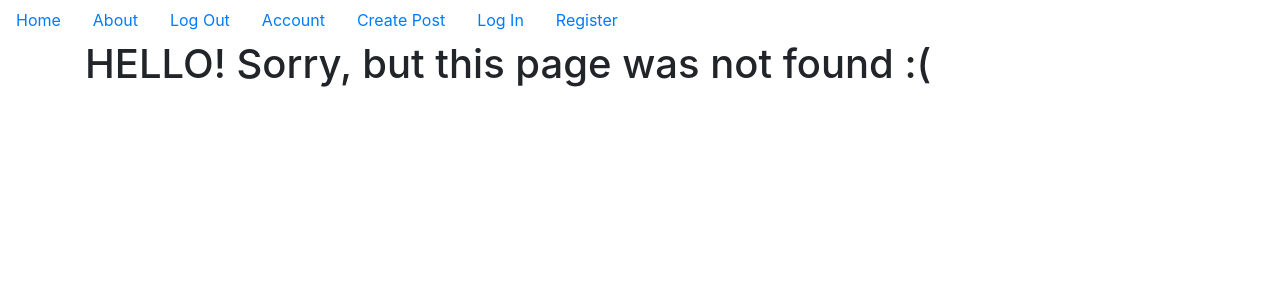
Repository: benmatt1999/Blog
Page: project/templates/error_pages/404.html
An editor plug-in stored every save of this project. The page is shown before and after the next save, followed by the edit.
The browser window is 1280 px wide. The pictures show the whole page.
Some web libraries are served in a nearby version. The page is served by the project's application, run on Flask 3 (project/__init__.py). The template is opened directly, without the code that normally fills it, so the values that code supplies are empty.

Above is the page before, as saved 2023-01-09 15:06:46.

After the next save:
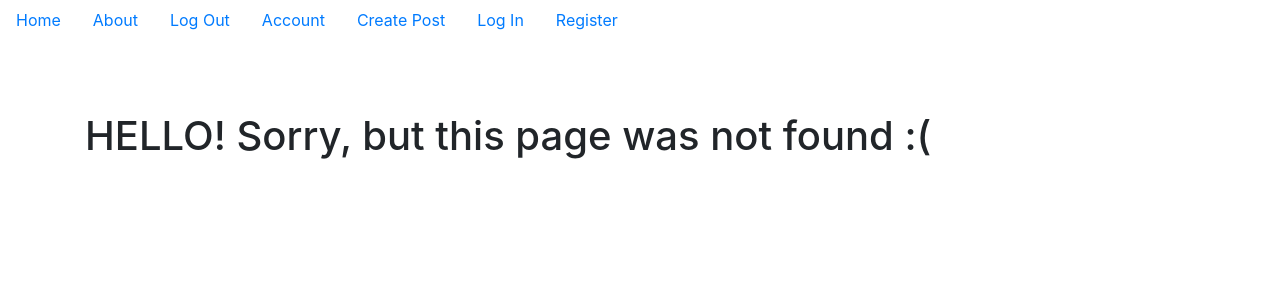
Saved 8 s later.
--- a/project/templates/error_pages/404.html
+++ b/project/templates/error_pages/404.html
@@ -1,5 +1,6 @@
 {% extends "base.html" %}
 
 {% block content %}
+<br><br><br>
 <h1>HELLO! Sorry, but this page was not found :(</h1>
 {% endblock %}
